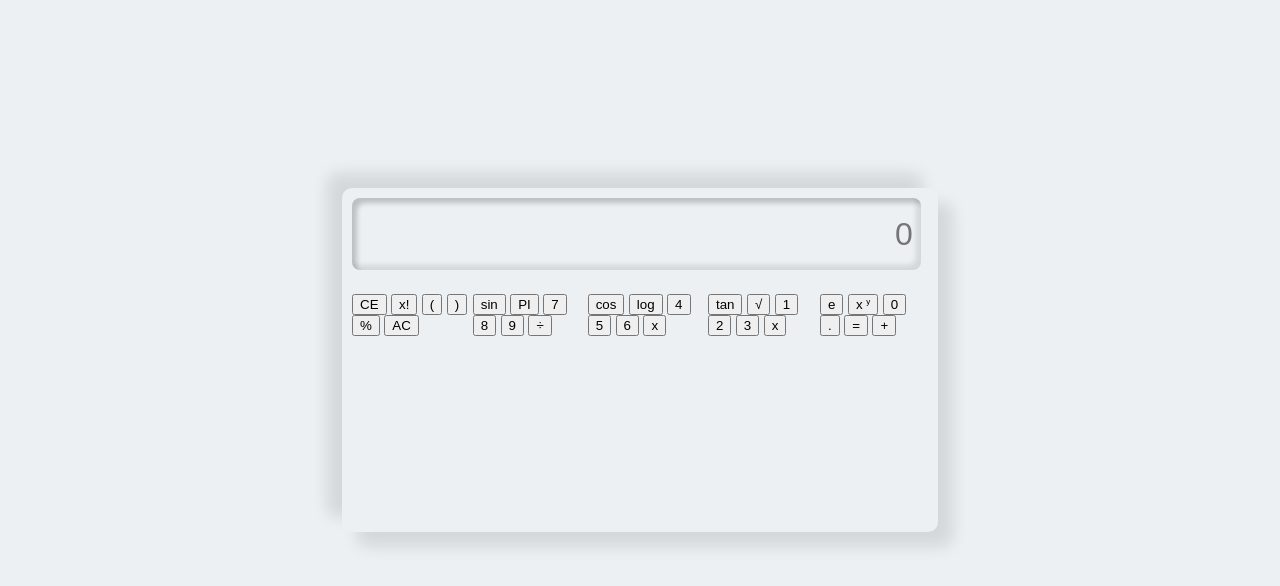
Repository: Haakim19/Scientific-Calculator
Page: intex.html
An editor plug-in stored every save of this project. The page is shown before and after the next save, followed by the edit.
The browser window is 1280 px wide. The pictures show the whole page.

Above is the page before, as saved 2024-10-27 12:07:25.

After the next save:
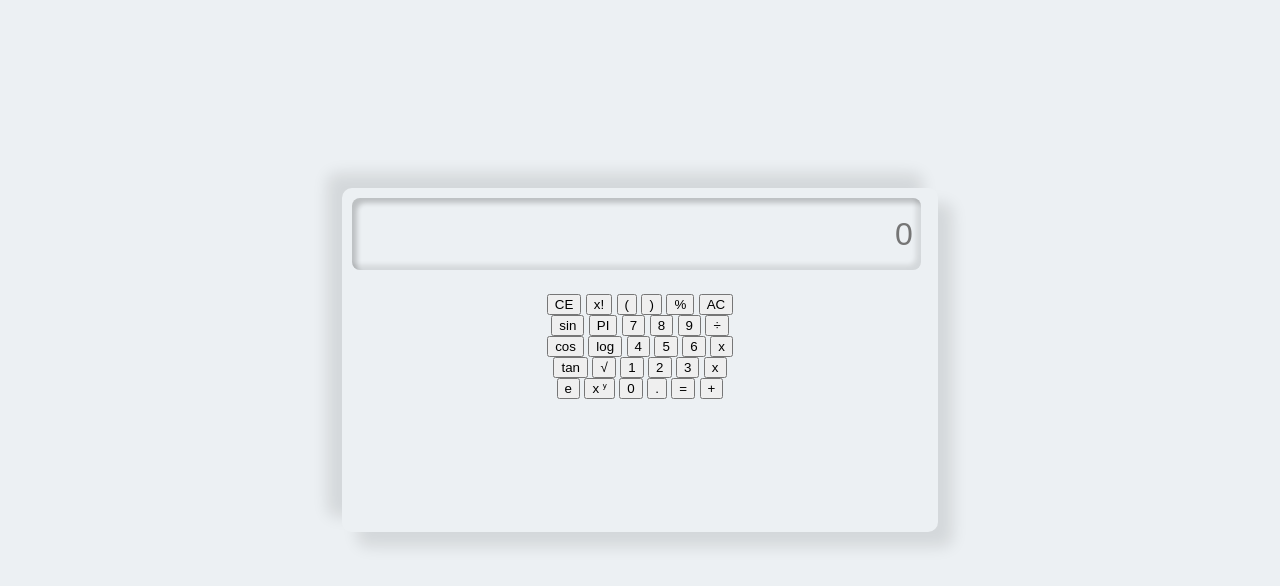
Saved 11 s later.
--- a/Style.css
+++ b/Style.css
@@ -42,4 +42,5 @@ body{
     align-items: center;
     border-radius: 5px;
     margin-top: 1.5rem;
+    flex-direction: column;
 }
